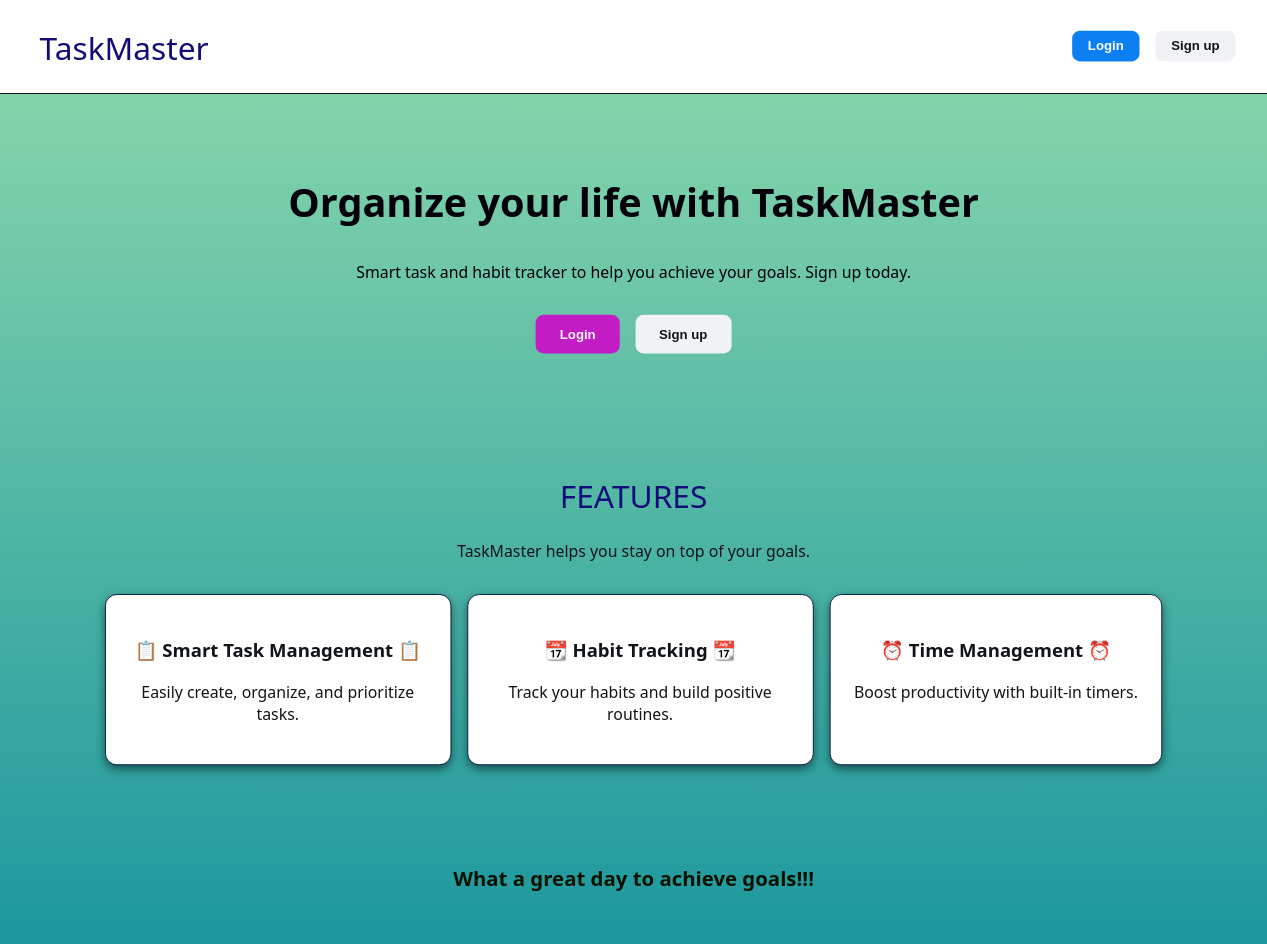
Repository: RachelB9913/smart-task-and-habit-tracker
Page: /
An editor plug-in stored every save of this project. The page is shown before and after the next save, followed by the edit.
The browser window is 1280 px wide. The pictures show the whole page, at 99% of full size.
The pointer rests on the first visible `.hero-actions button:first-child`.
The project was rebuilt for these pictures with package versions that can differ from the ones it lists, and the page was loaded fresh each time. Also part of the build but not shown: src/services/api.js, src/components/Login.js, src/components/Auth.css, src/components/Register.js, src/components/DashBoard.js.

Above is the page before, as saved 2025-06-18 18:51:32.

After the next save:
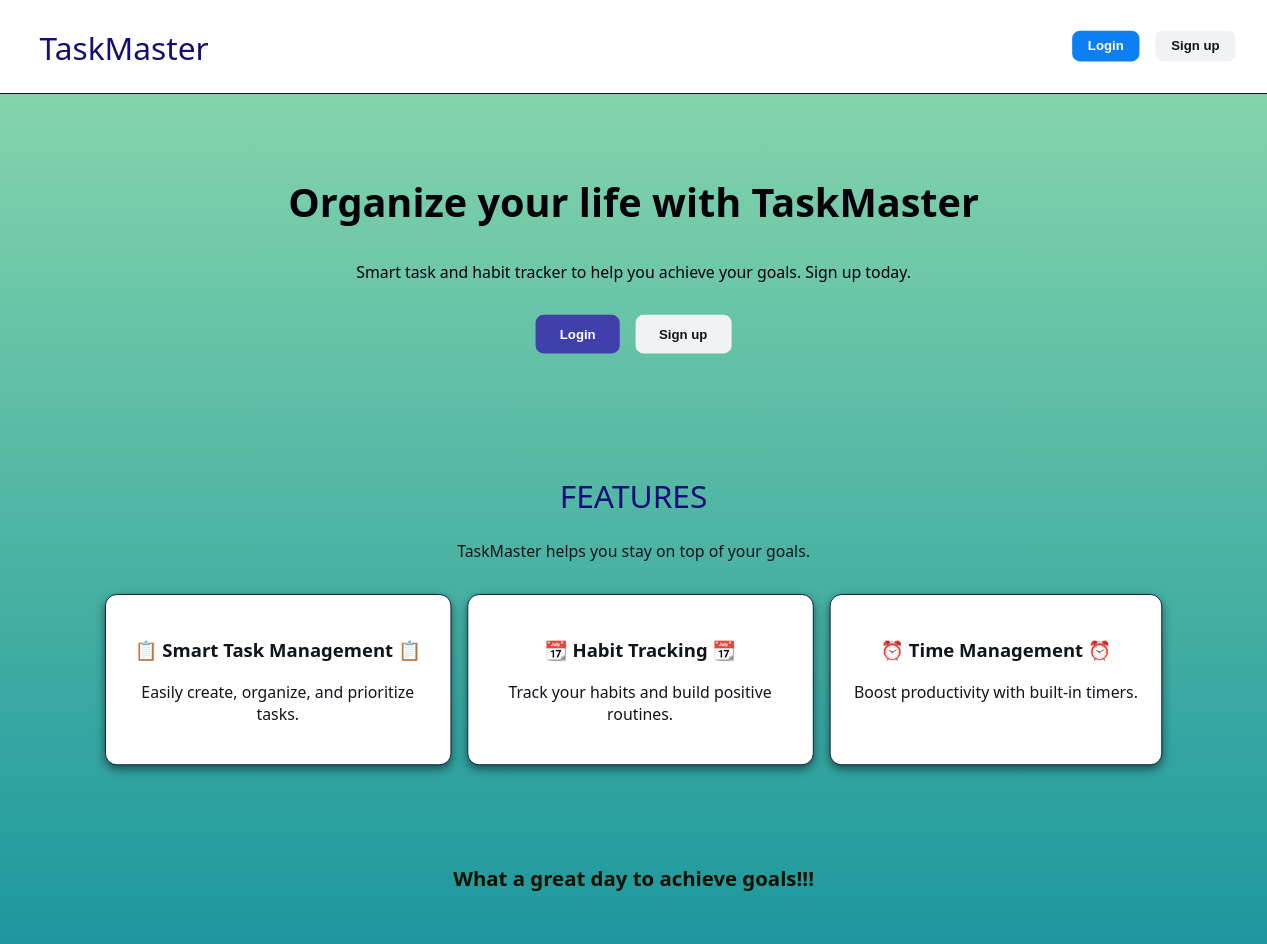
Saved 14 s later.
--- a/src/App.css
+++ b/src/App.css
@@ -148,7 +148,7 @@ h2 {
 }
 
 .hero-actions button:first-child:hover {
-  background-color: #c41cc4;
+  background-color: #413fa9;
   color: white;
 }
 
